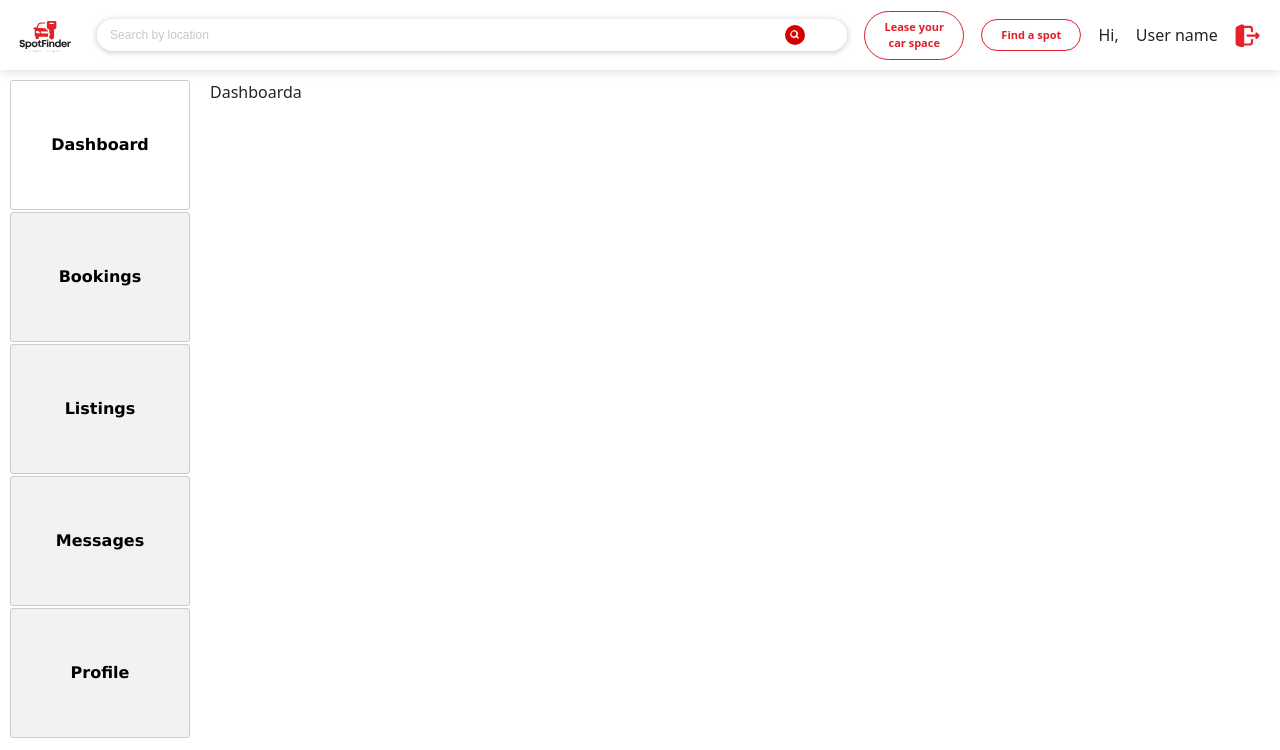
Repository: UNSWSpotFinder/SpotFinder
Page: /dashboard (app in frontend/)
An editor plug-in stored every save of this project. The page is shown before and after the next save, followed by the edit.
The browser window is 1280 px wide. The pictures show the whole page.
The project was rebuilt for these pictures with package versions that can differ from the ones it lists, and the page was loaded fresh each time. Also part of the build but not shown: frontend/src/Login.css, frontend/src/Login.jsx, frontend/src/Regist.css, frontend/src/Regist.jsx, frontend/src/HomePage.jsx, frontend/src/App.css, frontend/src/components/Bookings.jsx, frontend/src/components/Listings.jsx and 2 more.

Above is the page before, as saved 2024-03-09 20:52:19.

After the next save:
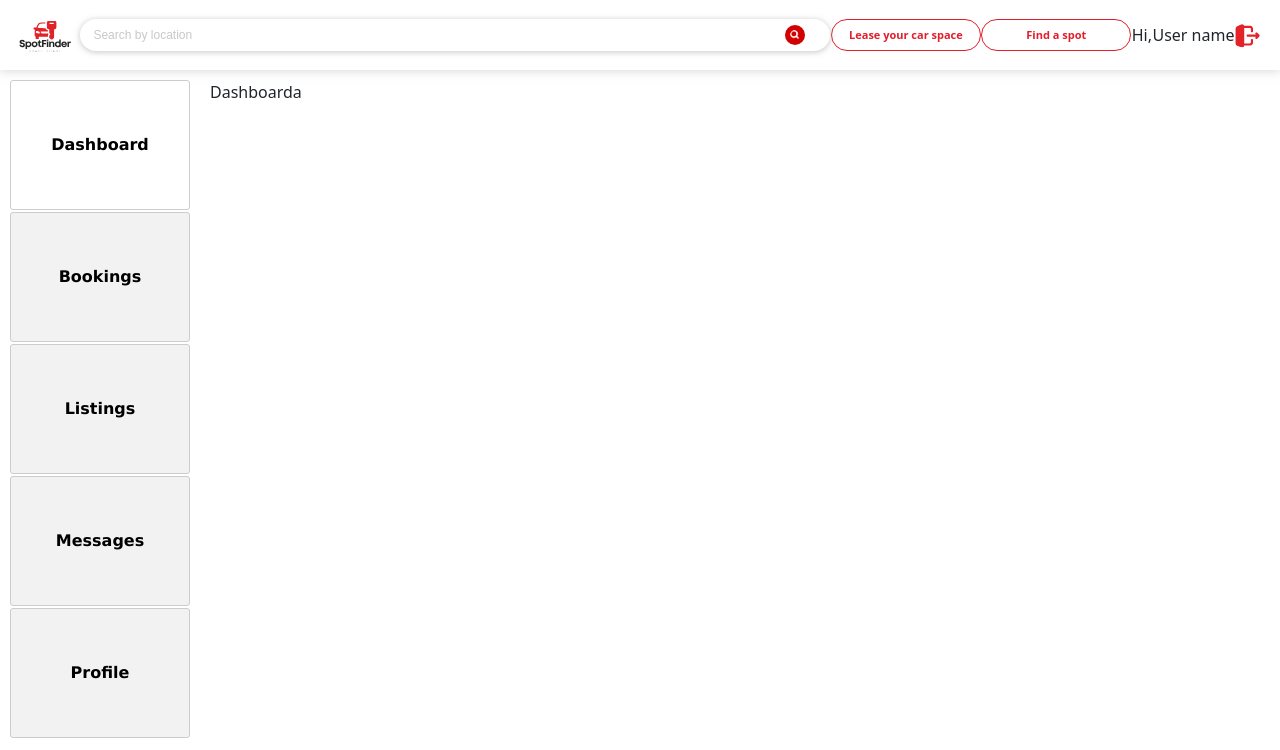
Saved 4 s later.
--- a/frontend/src/components/DashboardTop.css
+++ b/frontend/src/components/DashboardTop.css
@@ -12,7 +12,7 @@
     padding: 7px 10px;
     border: 1px solid #e11e2c;
     border-radius: 25px;
-    width: 100px;
+    width: 150px;
     outline: none;
     background-color: #fff;
     cursor: pointer;
